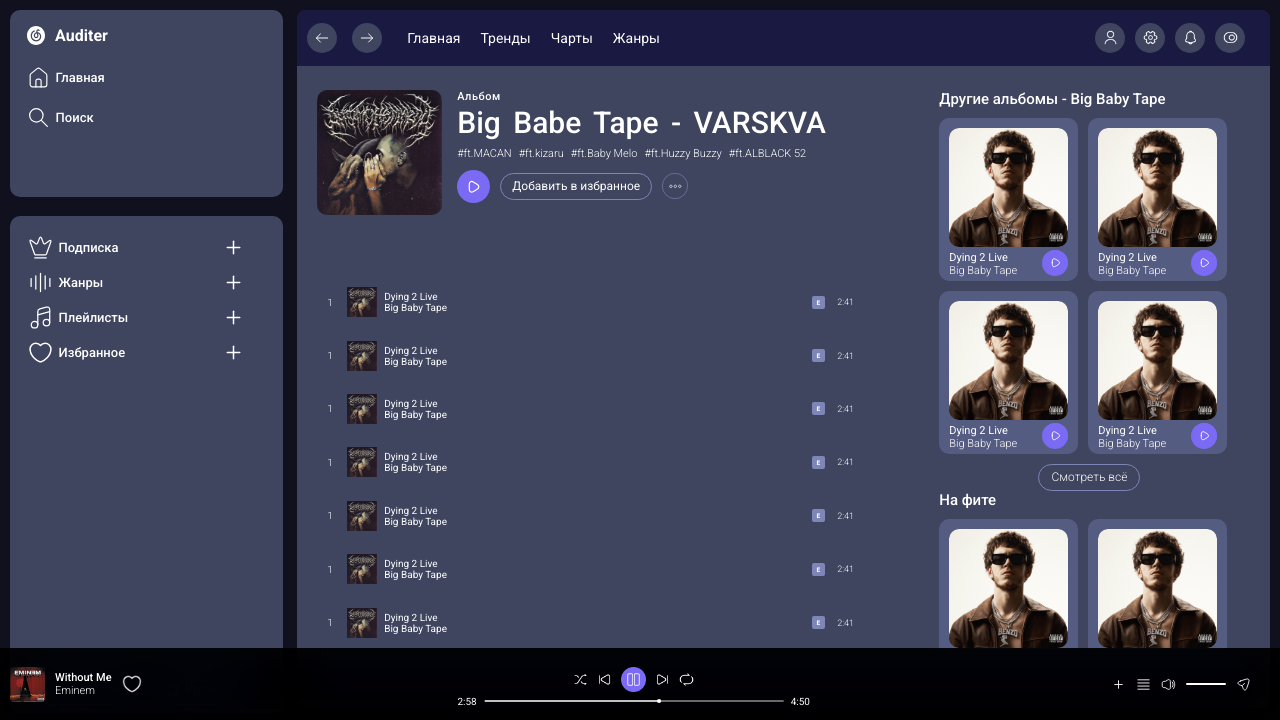
Repository: MaksimKrupkin/music_app
Page: /tracklist
An editor plug-in stored every save of this project. The page is shown before and after the next save, followed by the edit.
The browser window is 1280 px wide. The pictures show the whole page.
An inner scrolling area shows only its first screen. The project was rebuilt for these pictures with package versions that can differ from the ones it lists, and the page was loaded fresh each time. Also part of the build but not shown: vite.config.ts, src/Pages/MainPage_demo/MainPage_demo.module.scss, src/Components/MainScreenDemo/MainScreenDemo.module.scss, src/Components/MainScreenHeaderDemo/MainScreenHeaderDemo.module.scss, src/Components/MainScreenHeaderDemo/MainScreenHeaderDemo.tsx, src/Components/MainScreenDemo/Charts/Charts.module.scss, src/Components/MainScreenDemo/Charts/Charts.tsx, src/Components/Card/Card.module.scss and 11 more.

Above is the page before, as saved 2024-02-26 12:36:37.

### index.html
<!DOCTYPE html>
<html lang="en">
  <head>
    <link rel="preconnect" href="https://fonts.googleapis.com" />
    <link rel="preconnect" href="https://fonts.gstatic.com" crossorigin />
    <link
      href="https://fonts.googleapis.com/css2?family=Roboto:ital,wght@0,100;0,300;0,400;0,500;0,700;0,900;1,100;1,300;1,400;1,500;1,700;1,900&display=swap"
      rel="stylesheet" />

    <meta charset="UTF-8" />
    <link rel="icon" type="image/svg+xml" href="/vite.svg" />
    <meta name="viewport" content="width=device-width, initial-scale=1.0" />
    <title>Auditer</title>
  </head>
  <body>
    <div id="root"></div>
    <script type="module" src="/src/main.tsx"></script>
  </body>
</html>

### src/App.tsx
import React from 'react';
import './App.scss';
import MainPage_demo from './Pages/MainPage_demo/MainPage_demo';
import Login from './Pages/Login/Login';
import { BrowserRouter, Routes, Route } from 'react-router-dom';
import Registration from './Pages/Registration/Registration';
import MainPage from './Pages/MainPage/MainPage';
import TrackList from './Pages/TrackList/TrackList';

function App() {
  return (
    <BrowserRouter>
      <Routes>
        <Route path="/user" element={<MainPage_demo />} />
        <Route path="/" element={<MainPage />} />
        <Route path="/tracklist" element={<TrackList />} />
        <Route path="/login" element={<Login />} />
        <Route path="/registration" element={<Registration />} />
      </Routes>
    </BrowserRouter>
  );
}

export default App;

### src/App.scss
* {
  margin: 0;
  padding: 0;
  border: 0;
  vertical-align: baseline;
  font-family: 'Roboto', sans-serif;
}
a,
a:link,
a:visited {
  text-decoration: none;
}
input:focus,
input:active,
button:focus,
button:active {
  outline: none;
}
#root {
  overflow-y: auto;
}

### src/Pages/TrackList/TrackList.tsx
import React from 'react';
import styles from './TrackList.module.scss';
import HigherSidebar from '../../Components/HigherSidebar/HigherSidebar';
import LowerSidebar from '../../Components/LowerSidebar/LowerSidebar';
import MainScreen from '../../Components/MainScreen/MainScreen';
import Playbar from '../../Components/Playbar/Playbar';
import TrackListScreen from '../../Components/TrackListScreen/TrackListScreen';

export default function TrackList() {
  return (
    <div className={styles.app_wrapper}>
      <div className={styles.wrapper}>
        <HigherSidebar />
        <LowerSidebar />
        <TrackListScreen />
        <Playbar />
      </div>
    </div>
  );
}

### src/Components/HigherSidebar/HigherSidebar.tsx
import React from 'react';
import styles from './HigherSidebar.module.scss';
import logo from '../../assets/img/logo.svg';
import home from '../../assets/img/home.svg';
import search from '../../assets/img/Search.svg';

export default function HigherSidebar() {
  return (
    <aside className={styles.higherSidebar}>
      <div className={styles.logo_wrapper}>
        <img className={styles.logo} src={logo} alt="Лого" />
        <strong className={styles.logo_text}>Auditer</strong>
      </div>
      <a className={styles.link_wrapper}>
        <img className={styles.img} src={home} alt="" />
        <span className={styles.text}>Главная</span>
      </a>
      <a className={styles.link_wrapper}>
        <img className={styles.img} src={search} alt="" />
        <span className={styles.text}>Поиск</span>
      </a>
    </aside>
  );
}

### src/Components/LowerSidebar/LowerSidebar.tsx
import React from 'react';
import styles from './LowerSidebar.module.scss';
import subscribe from '../../assets/img/subscribe.svg';
import plus from '../../assets/img/add.svg';
import genres from '../../assets/img/genres.svg';
import cookie from '../../assets/img/cookie.svg';
import language from '../../assets/img/language.svg';
import playlists from '../../assets/img/playlists.svg';
import favorites from '../../assets/img/favorite.svg';

export default function LowerSidebar() {
  return (
    <aside className={styles.lowerSidebar}>
      <div className={styles.link_wrapper}>
        <img className={styles.img} src={subscribe} alt="" />
        <span className={styles.text}>Подписка</span>
        <div className={styles.plus_wrapper}>
          <img className={styles.plus} src={plus} alt="" />
        </div>
      </div>
      <div className={styles.link_wrapper}>
        <img className={styles.img} src={genres} alt="" />
        <span className={styles.text}>Жанры</span>
        <div className={styles.plus_wrapper}>
          <img className={styles.plus} src={plus} alt="" />
        </div>
      </div>
      <div className={styles.link_wrapper}>
        <img className={styles.img} src={playlists} alt="" />
        <span className={styles.text}>Плейлисты</span>
        <div className={styles.plus_wrapper}>
          <img className={styles.plus} src={plus} alt="" />
        </div>
      </div>
      <div className={styles.link_wrapper}>
        <img className={styles.img} src={favorites} alt="" />
        <span className={styles.text}>Избранное</span>
        <div className={styles.plus_wrapper}>
          <img className={styles.plus} src={plus} alt="" />
        </div>
      </div>
      <div className={styles.bottom_elements}>
        <div className={styles.cookies_wrapper}>
          <img className={styles.img} src={cookie} alt="" />
          <span className={styles.text}>Файлы cookie</span>
        </div>
        <div className={styles.language_wrapper}>
          <img className={styles.img} src={language} alt="" />
          <span className={styles.text}>Русский</span>
        </div>
      </div>
    </aside>
  );
}

### src/Components/Playbar/Playbar.tsx
import React from 'react';
import styles from './Playbar.module.scss';
import cover from '../../assets/img/cover.png';
import like from '../../assets/img/like.png';
import mix from '../../assets/img/mix.png';
import prev from '../../assets/img/prev.png';
import pause from '../../assets/img/pause.png';
import next from '../../assets/img/next.png';
import repeat from '../../assets/img/repeat.png';
import trackLine from '../../assets/img/trackLine.svg';
import add from '../../assets/img/add.svg';
import text from '../../assets/img/text.svg';
import volume from '../../assets/img/volume.svg';
import volumeBar from '../../assets/img/volumeBar.svg';
import send from '../../assets/img/send.svg';

export default function Playbar() {
  return (
    <div className={styles.wrapper}>
      <div className={styles.left_wrapper}>
        <img className={styles.image} src={cover} alt="" />
        <div className={styles.info}>
          <div className={styles.title}>Without Me</div>
          <div className={styles.author}>Eminem</div>
        </div>
        <img className={styles.like} src={like} alt="" />
      </div>
      <div className={styles.center_wrapper}>
        <div className={styles.top}>
          <img className={styles.image} src={mix} alt="" />
          <img className={styles.image} src={prev} alt="" />
          <img className={styles.image} src={pause} alt="" />
          <img className={styles.image} src={next} alt="" />
          <img className={styles.image} src={repeat} alt="" />
        </div>
        <div className={styles.bottom}>
          <span className={styles.time}>2:58</span>
          <img className={styles.trackLine} src={trackLine} alt="" />
          <span className={styles.time}>4:50</span>
        </div>
      </div>
      <div className={styles.right_wrapper}>
        <img className={styles.image} src={add} alt="" />
        <img className={styles.image} src={text} alt="" />
        <img className={styles.image} src={volume} alt="" />
        <img className={styles.volumeBar} src={volumeBar} alt="" />
        <img className={styles.image} src={send} alt="" />
      </div>
    </div>
  );
}

### src/Pages/TrackList/TrackList.module.scss
.app_wrapper {
  background-color: #10101e;
  height: 100vh; /* Растягиваем контейнер на всю высоту окна */
  overflow-y: auto;
}

.wrapper {
  box-sizing: border-box;
  width: 100vw;
  min-height: 100vh; /* Минимальная высота равна высоте видимой области окна браузера */
  background-color: #10101e;
  color: white;
  overflow-y: auto;
  overflow-y: auto;
}

### src/Components/HigherSidebar/HigherSidebar.module.scss
.higherSidebar {
  position: fixed;
  top: 0;
  box-sizing: border-box;
  display: flex;
  flex-direction: column;
  align-items: start;
  gap: 15px;
  width: 21.3%;
  height: 26%;
  margin: 10px;
  border-radius: 10px;
  background-color: #3f445f;
  padding-top: 16px;
  padding-left: 18.6px;
}

.logo_wrapper {
  box-sizing: border-box;
  margin-left: -2px;
  display: flex;
  flex-direction: row;
  justify-content: space-between;
  gap: 5px;
  align-items: center;
  width: 32%;
  margin-bottom: 5px;
}
.logo {
  width: 18.63px;
  height: 18.63px;
}
.logo_text {
  color: #fff;
  font-size: 16px;
  font-style: normal;
  font-weight: 600;
  line-height: normal;
}
.link_wrapper {
  margin-left: -3px;
  display: flex;
  align-items: center;
  gap: 5px;
  cursor: pointer;
  .img {
    width: 25px;
    height: 25px;
  }
  .text {
    font-size: 13px;
    font-weight: 500;
    transition: all 0.2s ease-in;
  }
  .text:hover {
    color: rgb(205, 205, 226);
  }
}

### src/Components/LowerSidebar/LowerSidebar.module.scss
.lowerSidebar {
  position: fixed;
  top: 30%;
  box-sizing: border-box;
  display: flex;
  flex-direction: column;
  align-items: space-between;
  gap: 5px;
  width: 21.3%;
  height: 69%;
  margin: 10px;
  margin-top: 0;
  border-radius: 10px;
  background-color: #3f445f;
  padding-top: 16px;
  padding-left: 20.6px;
  padding-right: 18.6px;
}
.link_wrapper {
  margin-left: -3px;
  display: flex;
  align-items: center;
  gap: 5px;
  cursor: pointer;
  .img {
    width: 25px;
    height: 25px;
  }
  .text {
    font-size: 13px;
    font-weight: 500;
    transition: all 0.2s ease-in;
    width: 155px;
    margin-left: 1px;
  }
  .text:hover {
    color: rgb(205, 205, 226);
  }
  .plus_wrapper {
    display: flex;
    align-items: center;
    justify-content: center;
    width: 30px;
    height: 30px;
    border-radius: 50%;
    transition: all 0.2s ease-in-out;
    .plus {
      margin: 0;
      padding: 0;
      width: 25px;
      height: 25px;
      border-radius: 50%;
    }
  }
  .plus_wrapper:hover {
    background-color: #484d69;
  }
}

.bottom_elements {
  position: inherit;
  bottom: 15px;
  left: 25px;
  display: flex;
  align-items: center;
  gap: 20px;
  .cookies_wrapper {
    border: 1.5px solid #7d86b6;
    border-radius: 25px;
    padding: 5px;
    width: 100px;
    height: 20px;
    display: flex;
    justify-content: center;
    gap: 5px;
    align-items: center;
    transition: all 0.2s ease-out;
    cursor: pointer;
  }
  .cookies_wrapper:hover {
    border: 1.5px solid white;
  }
  .language_wrapper {
    border: 1.5px solid #7d86b6;
    border-radius: 25px;
    padding: 5px;
    width: 70px;
    height: 20px;
    display: flex;
    gap: 5px;
    align-items: center;
    justify-content: center;
    transition: all 0.2s ease-out;
    cursor: pointer;
  }
  .language_wrapper:hover {
    border: 1.5px solid white;
  }
  .img {
    width: 15px;
  }
  .text {
    font-size: 12px;
  }
}

### src/Components/MainScreenHeader/MainScreenHeader.tsx
import React from 'react';
import styles from './MainScreenHeader.module.scss';
import leftArrow from '../../assets/img/leftArrow.svg';
import rightArrow from '../../assets/img/rightArrow.svg';
import { Link } from 'react-router-dom';
import user from '../../assets/img/user.png';
import setting from '../../assets/img/setting.png';
import notification from '../../assets/img/notification.png';
import eye from '../../assets/img/eye.png';

export default function MainScreenHeader() {
  return (
    <header className={styles.header}>
      <div className={styles.arrows}>
        <div className={styles.wrapper}>
          <img src={leftArrow} className={styles.arrow} alt="" />
        </div>
        <div className={styles.wrapper}>
          <img className={styles.arrow} src={rightArrow} alt="" />
        </div>
      </div>
      <nav className={styles.navigation}>
        <ul>
          <li>
            <a className={styles.link}>Главная</a>
          </li>
          <li>
            <a className={styles.link}>Тренды</a>
          </li>
          <li>
            <a className={styles.link}>Чарты</a>
          </li>
          <li>
            <a className={styles.link}>Жанры</a>
          </li>
        </ul>
      </nav>
      <div className={styles.buttons}>
        <Link to="" className={styles.link_wrapper}>
          <img className={styles.image} src={user} alt="" />
        </Link>
        <Link to="" className={styles.link_wrapper}>
          <img className={styles.image} src={setting} alt="" />
        </Link>
        <Link to="" className={styles.link_wrapper}>
          <img className={styles.image} src={notification} alt="" />
        </Link>
        <Link to="" className={styles.link_wrapper}>
          <img className={styles.image} src={eye} alt="" />
        </Link>
      </div>
    </header>
  );
}

### src/Components/Playbar/Playbar.module.scss
.wrapper {
  box-sizing: border-box;
  position: fixed;
  bottom: 0;
  width: 100%;
  padding-left: 10px;
  padding-right: 10px;
  height: 10%;
  background: rgba(0, 0, 0, 0.9);
  backdrop-filter: blur(20px) contrast(200%);

  display: flex;
  align-items: center;
  .left_wrapper {
    display: flex;
    align-items: center;
    width: 33%;
    gap: 10px;
    .image {
      width: 35px;
      height: 35px;

      border-radius: 1px;
    }
    .info {
      font-size: 11px;
      .title {
        font-weight: 500;
      }
      .author {
        font-weight: 300;
      }
    }
    .like {
      width: 20px;
      cursor: pointer;
    }
  }
  .center_wrapper {
    width: 33%;
    display: flex;
    flex-direction: column;
    align-items: center;
    .top {
      margin-top: 5px;
      display: flex;
      align-items: center;
      gap: 9px;
      .image {
        width: 15px;
        cursor: pointer;
      }
      .image:nth-child(3) {
        width: 25px;
      }
    }
    .bottom {
      margin-top: 4px;
      display: flex;
      align-items: center;
      gap: 7px;
      .trackLine {
        width: 300px;
        cursor: pointer;
      }
      .time {
        font-size: 10px;
      }
    }
  }
  .right_wrapper {
    box-sizing: border-box;
    width: 32.5%;
    display: flex;

    align-items: center;
    justify-content: flex-end;
    gap: 10px;
    .image {
      width: 15px;
      cursor: pointer;
    }
    .volumeBar {
      width: 40px;
      cursor: pointer;
    }
  }
}

### src/Components/TrackListScreen/TrackListScreen.module.scss
.main {
  position: relative;
  box-sizing: border-box;
  position: fixed;
  top: 0;
  right: 0;
  margin: 10px;
  background-color: #3f445f;
  width: 76%;
  height: 97%;
  border-radius: 10px;
}
.left_wrapper::-webkit-scrollbar {
  width: 0;
}
.left_wrapper {
  position: absolute;
  top: 10%;
  left: 0;
  box-sizing: border-box;
  width: 65%;
  padding-left: 20px;
  padding-top: 10px;
  height: 80%; /* Назначаем фиксированную высоту */
  overflow-y: auto;
}
.top {
  position: relative;
  height: 26vh;
  .cover {
    width: 125px;
    border-radius: 10px;
    position: absolute;
    left: 0;
    top: 0;
  }
  .type {
    position: absolute;
    left: 140px;
    top: 0;
    font-size: 11px;
    font-weight: 500;
    letter-spacing: 0.5px;
  }
  .info {
    position: absolute;
    left: 140px;
    top: 15px;
    font-size: 30px;
    font-weight: 500;
    word-spacing: 5px;
  }
  .fits {
    position: absolute;
    left: 140px;
    top: 57px;
    display: flex;
    align-items: center;
    gap: 7px;
    .fit_author {
      font-size: 11px;
      font-weight: 300;
    }
  }
  .buttons {
    position: absolute;
    left: 140px;
    top: 80px;
    display: flex;
    align-items: center;
    gap: 10px;
    .play_image {
      width: 33px;
      cursor: pointer;
    }
    .toFavorite_wrapper {
      display: flex;
      align-items: center;
      justify-content: center;
      width: 150px;
      height: 25px;
      border: 1px solid #7d86b6;
      border-radius: 15px;
      cursor: pointer;
      .toFavorite {
        font-size: 12px;
        font-weight: 400;
      }
    }
    .elseImg {
      width: 26px;
      cursor: pointer;
    }
  }
}
.trackList_wrapper {
  width: 100%;
  display: flex;
  flex-direction: column;
  align-items: center;
  gap: 3px;
}
.right_wrapper::-webkit-scrollbar {
  width: 0;
}
.right_wrapper {
  height: 80%; /* Назначаем фиксированную высоту */
  overflow-y: auto;
  position: absolute;
  top: 10%;
  left: 66%;
  width: 34%;
  padding-top: 10px;

  .title {
    font-size: 15px;
    font-weight: 500;
  }
  .cards_wrapper {
    display: flex;
    flex-wrap: wrap;
    gap: 10px;
    margin-top: 10px;
  }
  .button_wrapper {
    margin-top: 10px;
    margin-left: 30%;
    width: 100px;
    height: 25px;
    border-radius: 20px;
    border: 1px solid #7d86b6;
    display: flex;
    align-items: center;
    justify-content: center;
    .button {
      font-size: 12px;
      font-weight: 300;
    }
  }
}

### src/Components/TrackListScreen/Track/Track.tsx
import React from 'react';
import styles from './Track.module.scss';
import adults from '../../../assets/img/18+.svg';
import albom from '../../../assets/img/albom4.jpg';
import play from '../../../assets/img/play2.svg';
import like from '../../../assets/img/like.svg';
import more from '../../../assets/img/more.svg';

export default function Track() {
  return (
    <div className={styles.track_wrapper}>
      <div className={styles.number}>1</div>
      <img className={styles.play} src={play} alt="" />
      <img className={styles.cover} src={albom} alt="" />
      <div className={styles.info}>
        <span className={styles.title}>Dying 2 Live</span>
        <span className={styles.author}>Big Baby Tape</span>
      </div>
      <img className={styles.like} src={like} alt="" />
      <img className={styles.forAdults_image} src={adults} alt="" />
      <span className={styles.duration}>2:41</span>
      <img src={more} className={styles.more} alt="" />
    </div>
  );
}

### src/Components/Cards/Cards.tsx
import React from 'react';
import styles from './Cards.module.scss';
import image1 from '../../assets/img/albomImage.png';
import play from '../../assets/img/play.svg';
import { Link } from 'react-router-dom';

export default function Cards() {
  return (
    <>
      <Link to="/tracklist" className={styles.card}>
        <img className={styles.image} src={image1} alt="" />
        <div className={styles.info}>
          <span className={styles.title}>Dying 2 Live</span>
          <span className={styles.author}>Big Baby Tape</span>
        </div>
        <div className={styles.play_wrapper}>
          <img src={play} className={styles.play} alt="" />
        </div>
      </Link>
    </>
  );
}

### src/Components/MainScreenHeader/MainScreenHeader.module.scss
.header {
  position: sticky;
  top: 0;
  z-index: 1000;
  box-sizing: border-box;
  width: 100%;
  height: 8%;
  border-top-right-radius: 8px;
  border-top-left-radius: 8px;
  background-color: #191941;
  display: flex;
  align-items: center;
  padding: 5px;
  padding-left: 10px;
  margin-bottom: 5px;
}
.arrows {
  width: 75px;
  display: flex;
  align-items: center;
  justify-content: space-between;
  .wrapper {
    width: 30px;
    height: 30px;
    border-radius: 50%;
    background-color: #3f445f;
    display: flex;
    justify-content: center;
    align-items: center;
    transition: all 0.2s ease-in;
  }
  .wrapper:hover {
    background-color: #4a4f6c;
  }
  .arrow {
    width: 16px;
  }
}

.navigation {
  width: 500px;
  display: flex;
  align-items: center;
  margin-left: 25px;
  ul {
    list-style-type: none;
    display: flex;
    align-items: center;
    gap: 20px;
  }
  .link {
    font-size: 14px;
    cursor: pointer;
    transition: all 0.2s ease-in;
  }
  .link:hover {
    color: rgb(224, 217, 217);
  }
}

.buttons {
  display: flex;
  align-items: center;
  gap: 10px;
  position: absolute;
  right: 25px;
  .link_wrapper {
    width: 30px;
    height: 30px;
    border-radius: 50%;
    background-color: #3f445f;
    display: flex;
    justify-content: center;
    align-items: center;
    transition: all 0.2s ease-in;
  }

  .link_wrapper:hover {
    background-color: #555a78;
  }
  .image {
    width: 15px;
  }
}

### src/Components/TrackListScreen/Track/Track.module.scss
.track_wrapper {
  position: relative;
  width: 100%;
  height: 7vh;
  box-sizing: border-box;
  border-radius: 10px;
  display: flex;
  align-items: center;
  transition: all 0.1s ease-out;
  padding: 1px;
  cursor: pointer;

  .number {
    position: absolute;
    left: 0;
    display: block;
    width: 11px;
    margin-left: 10px;
    margin-right: 10px;
    font-size: 10px;
    font-weight: 300;
  }
  .play {
    position: absolute;
    left: 0;
    display: none;
  }
  .cover {
    position: absolute;
    left: 30px;
    width: 30px;
  }
  .info {
    position: absolute;
    left: 60px;
    margin-left: 7px;
    display: flex;
    flex-direction: column;
    width: 150px;
  }
  .title {
    font-size: 10px;
  }
  .author {
    font-size: 10px;
  }
  .like {
    position: absolute;
    left: 470px;
    display: none;
    width: 14px;
  }
  .forAdults_image {
    position: absolute;
    left: 495px;
    width: 13px;
  }
  .duration {
    position: absolute;
    left: 520px;
    font-size: 9px;
    font-weight: 300;
  }
  .more {
    position: absolute;
    left: 545px;
    width: 15px;
    display: none;
  }
}

.track_wrapper:hover {
  border: 1px solid #7d86b6;
  .play {
    display: block;
    width: 11px;
    margin-right: 10px;
    margin-left: 10px;
  }
  .number {
    display: none;
  }
  .like {
    display: block;
  }
  .more {
    display: block;
  }
}

### src/Components/Cards/Cards.module.scss
.card {
  position: relative;
  box-sizing: border-box;
  width: 139px;
  padding: 10px;

  height: 163px;
  background-color: #555c82;
  border-radius: 10px;
  transition: all 0.2s ease-in-out;
  cursor: pointer;

  .image {
    width: 100%;
    border-radius: 10px;
  }
  .info {
    display: flex;
    flex-direction: column;
  }
  .title {
    font-size: 11px;
    font-weight: 400;
    color: white;
  }
  .author {
    font-size: 11px;
    font-weight: 300;
    color: white;
  }
  .play_wrapper {
    position: absolute;
    bottom: 5px;
    right: 10px;
    width: 26px;
    height: 26px;
    background-color: #7a6af4;
    border-radius: 50%;
    display: flex;
    align-items: center;
    justify-content: center;
    transition: all 0.2s ease-in-out;
  }
  .play {
    width: 25px;
  }

  &:hover {
    background-color: #636b9b;
    .play_wrapper {
      background-color: #6757dd;
    }
  }
}

Loaded but not shown: src/main.tsx (common file); src/Components/TrackListScreen/TrackListScreen.tsx (71 lines, source omitted)

After the next save:
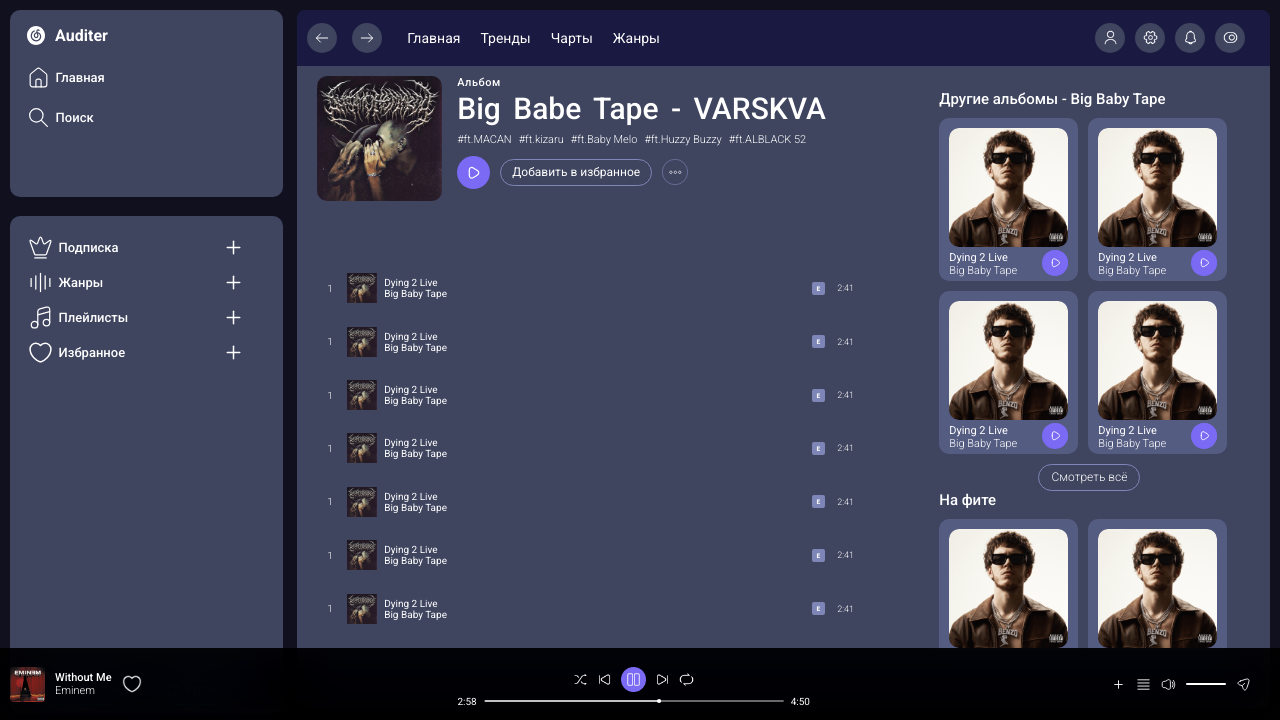
Saved 18 s later.
--- a/src/Components/TrackListScreen/TrackListScreen.module.scss
+++ b/src/Components/TrackListScreen/TrackListScreen.module.scss
@@ -15,7 +15,7 @@
 }
 .left_wrapper {
   position: absolute;
-  top: 10%;
+  top: 8%;
   left: 0;
   box-sizing: border-box;
   width: 65%;
